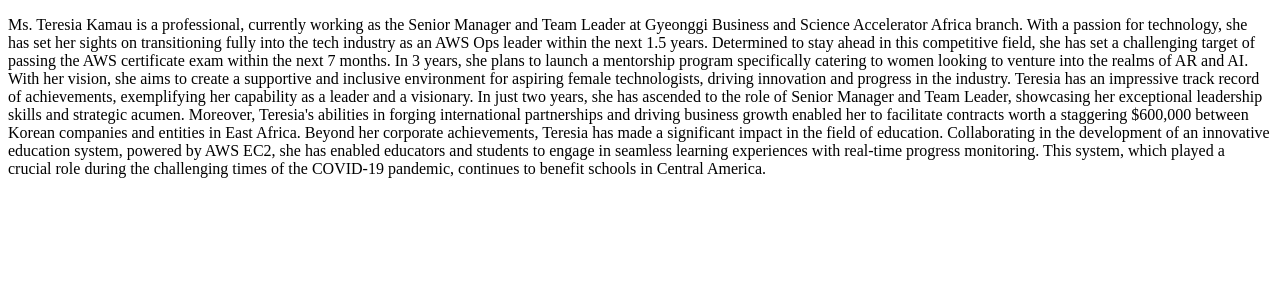
Repository: tessa5/developerPortfolio
Page: public/bio.html
An editor plug-in stored every save of this project. The page is shown before and after a run of saves, followed by the edit.
The browser window is 1280 px wide. The pictures show the whole page.

Above is the page before, as saved 2023-08-07 12:41:05.

After the next 2 saves:
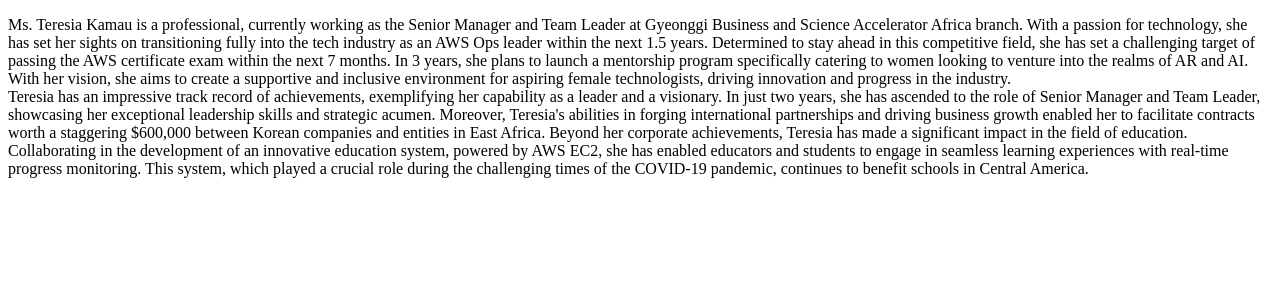
The 2 saves are shown as one change because they came seconds apart.
The last was saved 80 s later.
--- a/public/bio.html
+++ b/public/bio.html
@@ -9,7 +9,7 @@
     <p class="bio">
         Ms. Teresia Kamau is a professional, currently working as the Senior Manager and Team Leader at Gyeonggi Business and Science Accelerator Africa branch. With a passion for technology, she has set her sights on transitioning fully into the tech industry as an AWS Ops leader within the next 1.5 years. Determined to stay ahead in this competitive field, she has set a challenging target of passing the AWS certificate exam within the next 7 months.
 In 3 years, she plans to launch a mentorship program specifically catering to women looking to venture into the realms of AR and AI. With her vision, she aims to create a supportive and inclusive environment for aspiring female technologists, driving innovation and progress in the industry.
-Teresia has an impressive track record of achievements, exemplifying her capability as a leader and a visionary. In just two years, she has ascended to the role of Senior Manager and Team Leader, showcasing her exceptional leadership skills and strategic acumen. Moreover, Teresia's abilities in forging international partnerships and driving business growth enabled her to facilitate contracts worth a staggering $600,000 between Korean companies and entities in East Africa.
+<br/>Teresia has an impressive track record of achievements, exemplifying her capability as a leader and a visionary. In just two years, she has ascended to the role of Senior Manager and Team Leader, showcasing her exceptional leadership skills and strategic acumen. Moreover, Teresia's abilities in forging international partnerships and driving business growth enabled her to facilitate contracts worth a staggering $600,000 between Korean companies and entities in East Africa.
 Beyond her corporate achievements, Teresia has made a significant impact in the field of education. Collaborating in the development of an innovative education system, powered by AWS EC2, she has enabled educators and students to engage in seamless learning experiences with real-time progress monitoring. This system, which played a crucial role during the challenging times of the COVID-19 pandemic, continues to benefit schools in Central America.
 
     </p>
